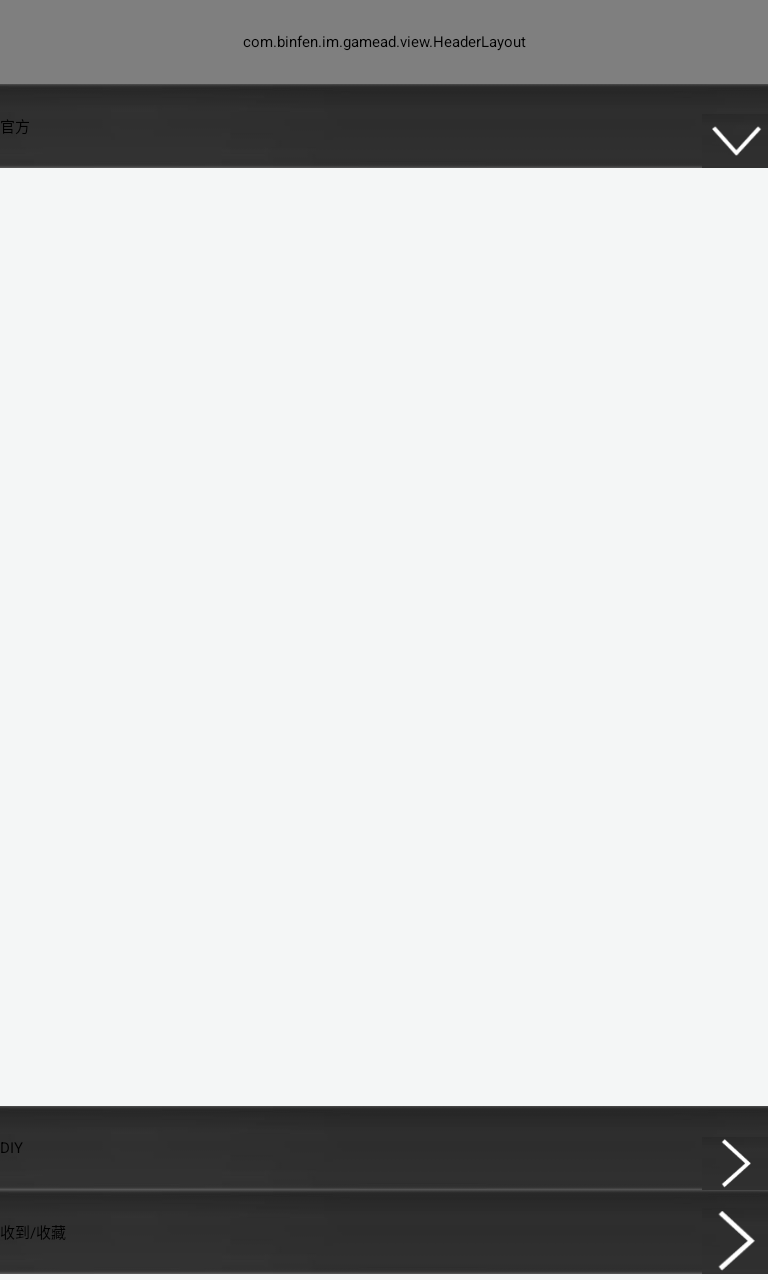
Repository: hosle/gad2
Layout: gamead_IM2/res/layout/xxh_gamelayout1.xml
An editor plug-in stored every save of this project. The layout is shown before and after the next save, followed by the edit.
Pictures or frames that could not be fetched are drawn as grey boxes. It is drawn on a 768 x 1280 px phone screen (xhdpi) without system bars, with theme AppTheme; the app's code is not run. Lists and similar views that code fills are empty.

Above is the layout before, as saved 2015-06-26 06:45:27.

After the next save:
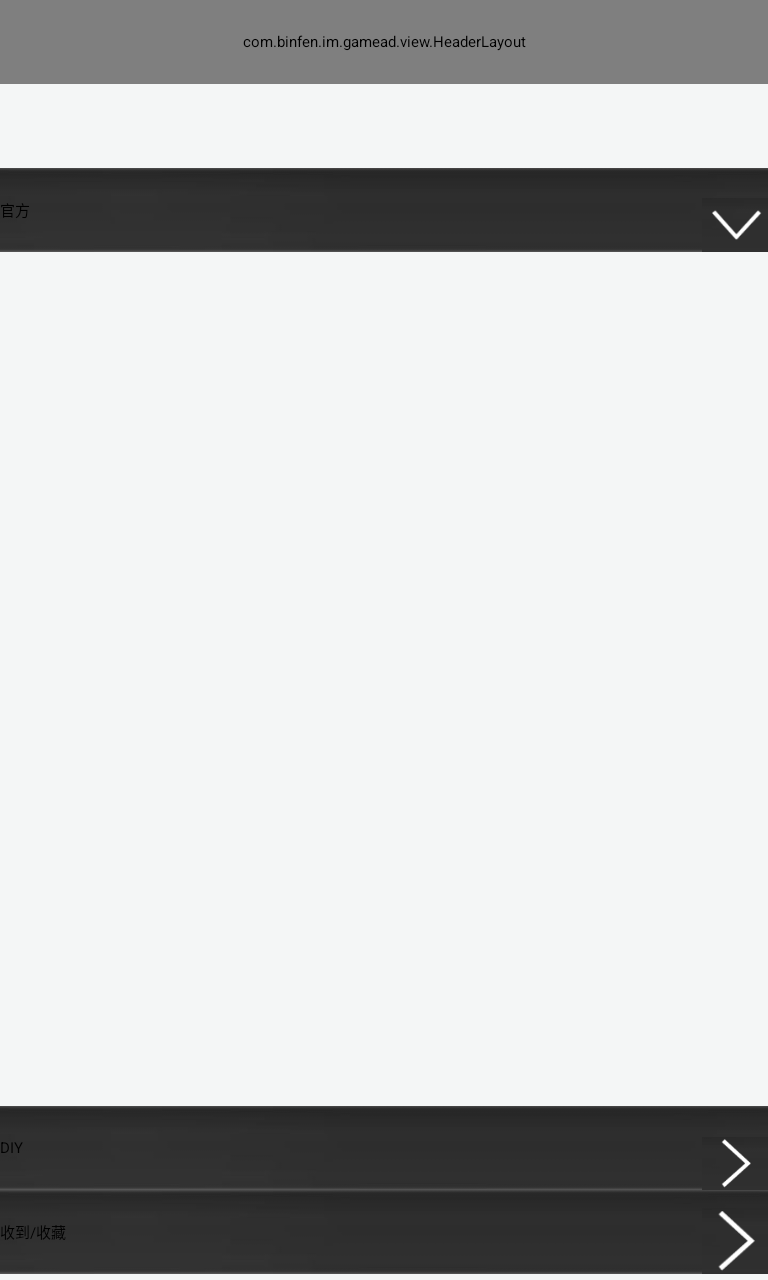
Saved 2 min 0 s later.
--- a/gamead_IM2/res/layout/xxh_gamelayout1.xml
+++ b/gamead_IM2/res/layout/xxh_gamelayout1.xml
@@ -12,11 +12,20 @@
         android:layout_alignParentTop="true"
         layout="@layout/include_action_bar" />
 
+
     <LinearLayout
         android:layout_width="match_parent"
         android:layout_height="wrap_content"
         android:layout_below="@+id/common_actionbar"
         android:orientation="vertical" >
+        <LinearLayout
+            android:orientation="horizontal"
+            android:layout_width="match_parent"
+            android:layout_height="42dp">
+            <EditText android:id="@+id/edt_gamecode"
+                android:hint="直接输入游戏吗"/>
+
+        </LinearLayout>
 
         <RelativeLayout
             android:layout_width="match_parent"
